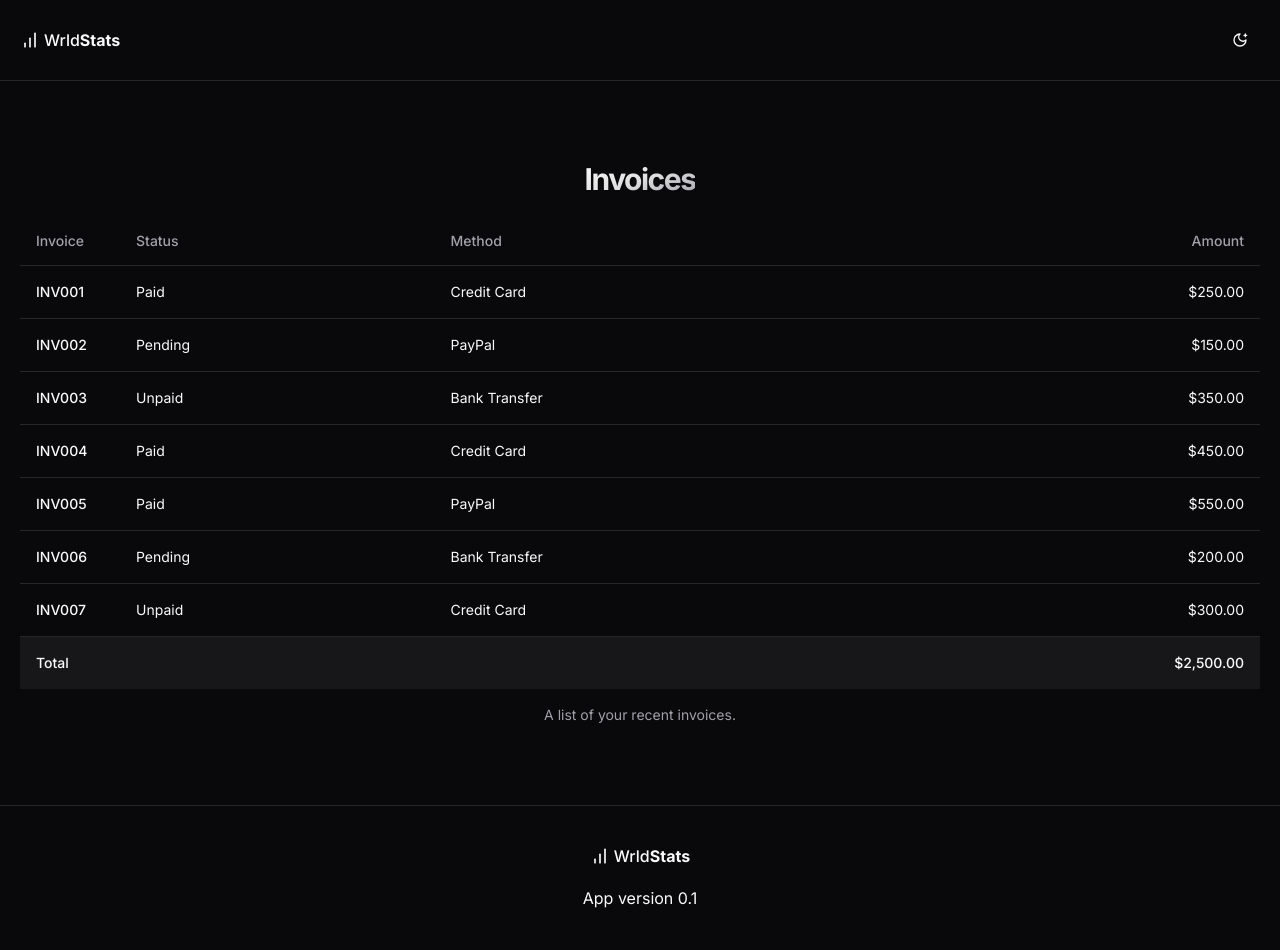
Repository: tushcmd/wrld-stats
Page: /
The author's editor kept a copy of each file at every save. The page is drawn from the files as they stood at one save, then again after the next save.
The browser window is 1280 px wide. The pictures show the whole page.
The project was rebuilt for these pictures with package versions that can differ from the ones it lists, and the page was loaded fresh each time. The framework's server and built-in components were replaced by stand-ins that run in the browser. Also part of the build but not shown: next.config.mjs.

Above is the page before, as saved 2024-04-21 14:08:58.

After the next save:
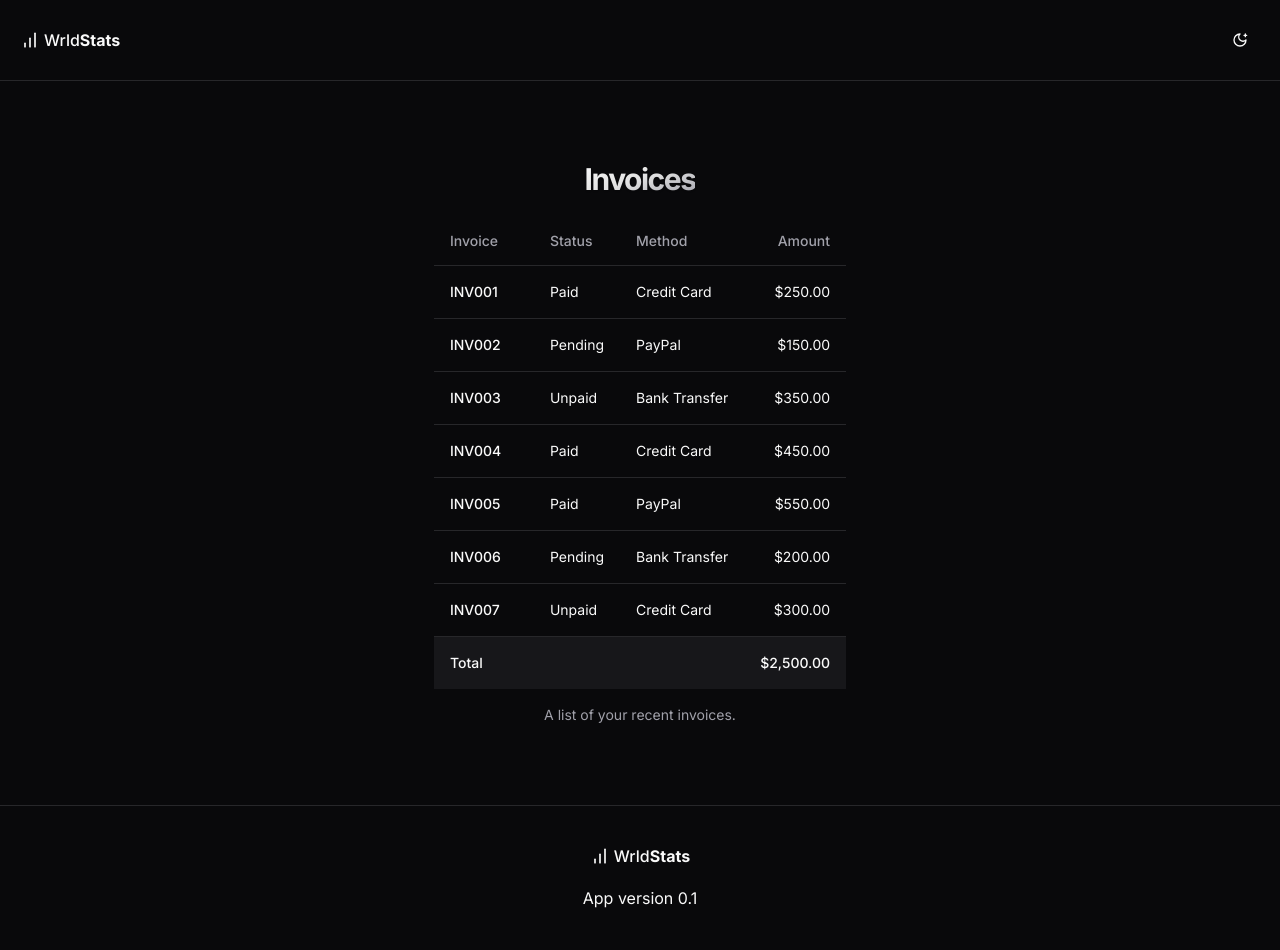
Saved 78 s later.
--- a/components/Hero.tsx
+++ b/components/Hero.tsx
@@ -9,7 +9,7 @@
       <div>
         <p className='text-lg lg:text-3xl tracking-tighter font-bold bg-gradient-to-br from-foreground via-secondary-foreground/90 to-muted-foreground bg-clip-text text-transparent drop-shadow-sm'>Invoices</p>
       </div>
-      <TableDemo />
+      <div><TableDemo /></div>
     </section>
   )
 }

After the 2 saves that followed:
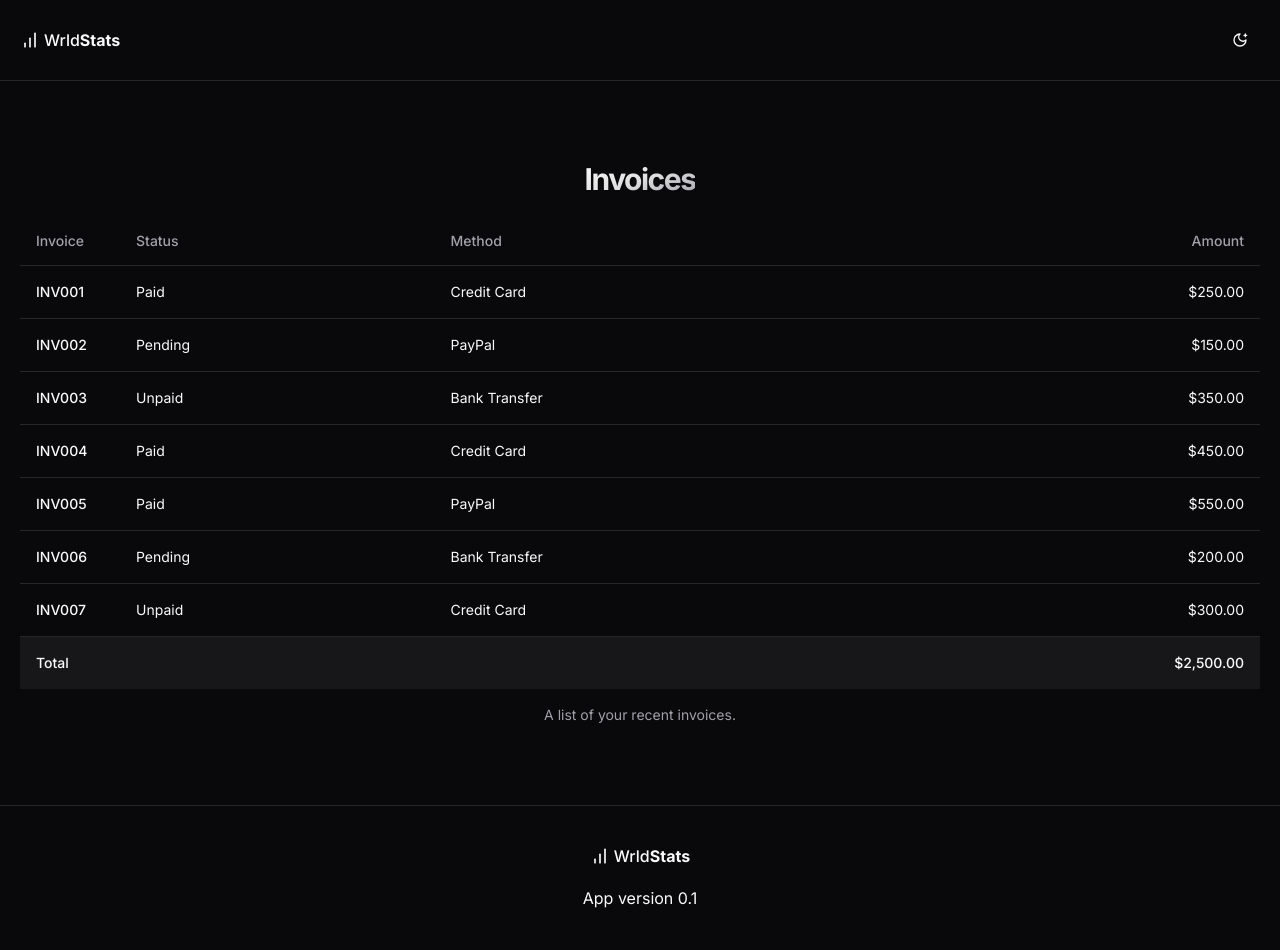
The 2 saves are shown as one change because 1 left the picture as it was.
The last was saved 67 s later.
--- a/components/Hero.tsx
+++ b/components/Hero.tsx
@@ -9,7 +9,8 @@
       <div>
         <p className='text-lg lg:text-3xl tracking-tighter font-bold bg-gradient-to-br from-foreground via-secondary-foreground/90 to-muted-foreground bg-clip-text text-transparent drop-shadow-sm'>Invoices</p>
       </div>
-      <div><TableDemo /></div>
+
+      <TableDemo />
     </section>
   )
 }
